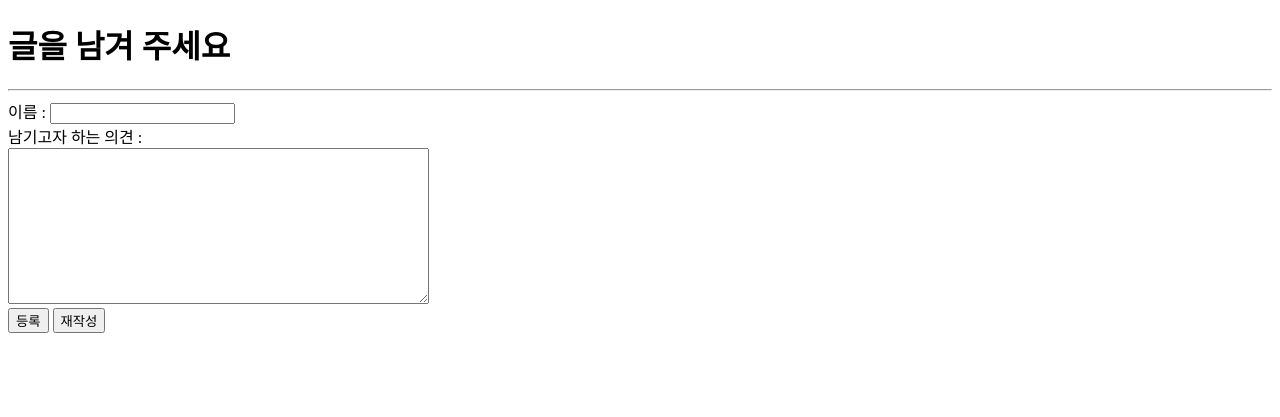
Repository: kdg0109/multicampus_course
Page: web course/workspace_web/edu/WebContent/htmlexam/visitor.html
The author's editor kept a copy of each file at every save. The page is drawn from the files as they stood at one save, then again after the next save.
The browser window is 1280 px wide. The pictures show the whole page.

Above is the page before, as saved 2018-02-05 07:55:08.

### web course/workspace_web/edu/WebContent/htmlexam/visitor.html
<!DOCTYPE html>
<html>
<head>
<meta charset="UTF-8">
<title>JSP&Servler과제</title>
</head>
<body>
	<h1>글을 남겨 주세요</h1>
	<hr>
	<form method="get" action="#">
		이름 : <input type="text" name = "name" required><br/>
		남기고자 하는 의견 : <br><textarea  name="text" rows="10" cols="50"></textarea><br>
      <input type="submit" name="ok" value="등록">
      <input type="reset" name="clear" value="재작성"><br>
	</form>
</body>
</html>

After the next save:
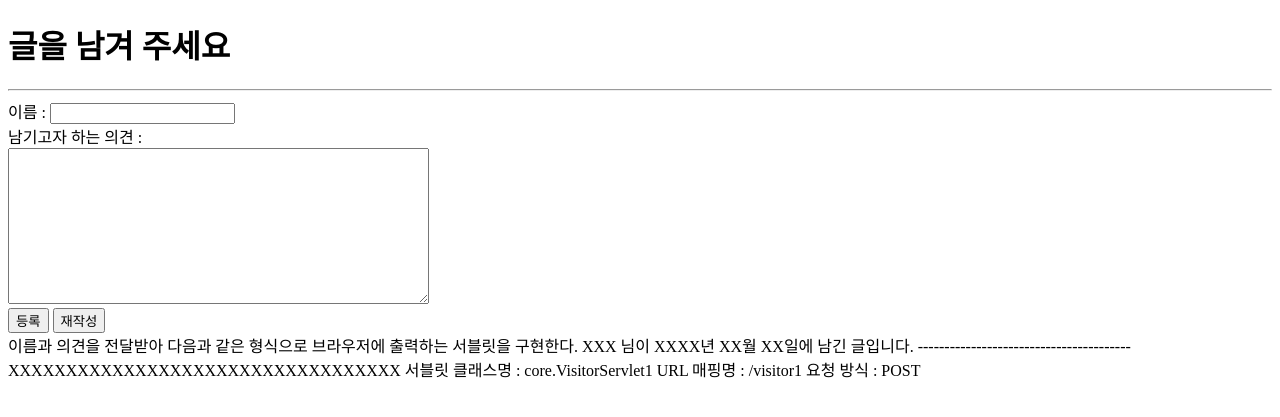
Saved 12 min 9 s later.
--- a/web course/workspace_web/edu/WebContent/htmlexam/visitor.html
+++ b/web course/workspace_web/edu/WebContent/htmlexam/visitor.html
@@ -15,3 +15,15 @@
 	</form>
 </body>
 </html>
+
+이름과 의견을 전달받아 다음과 같은 형식으로 브라우저에 출력하는
+서블릿을 구현한다.
+
+	XXX 님이 XXXX년 XX월 XX일에 남긴 글입니다.
+      ----------------------------------------
+      XXXXXXXXXXXXXXXXXXXXXXXXXXXXXXXXXX
+
+
+서블릿 클래스명 : core.VisitorServlet1
+URL 매핑명 : /visitor1
+요청 방식 : POST

After the save that followed:
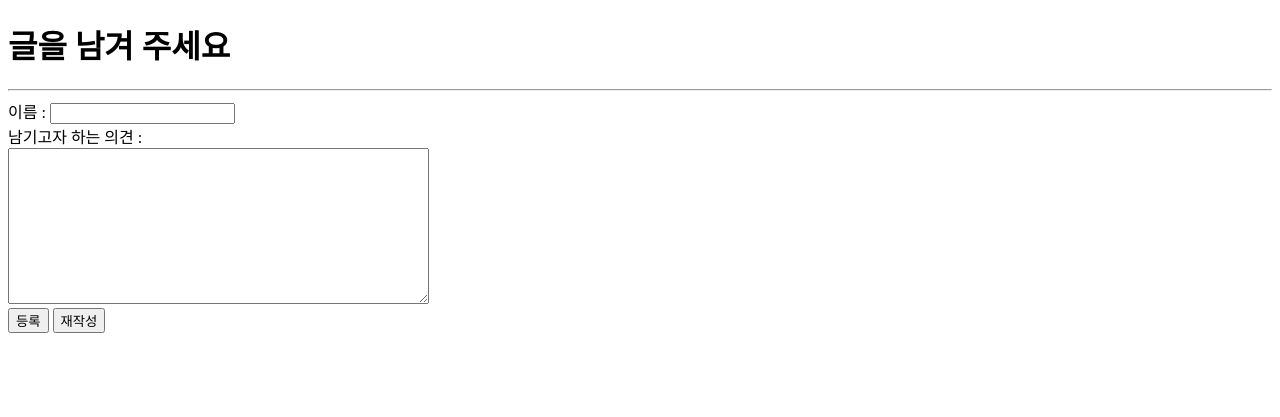
Saved 21 s later.
--- a/web course/workspace_web/edu/WebContent/htmlexam/visitor.html
+++ b/web course/workspace_web/edu/WebContent/htmlexam/visitor.html
@@ -15,15 +15,3 @@
 	</form>
 </body>
 </html>
-
-이름과 의견을 전달받아 다음과 같은 형식으로 브라우저에 출력하는
-서블릿을 구현한다.
-
-	XXX 님이 XXXX년 XX월 XX일에 남긴 글입니다.
-      ----------------------------------------
-      XXXXXXXXXXXXXXXXXXXXXXXXXXXXXXXXXX
-
-
-서블릿 클래스명 : core.VisitorServlet1
-URL 매핑명 : /visitor1
-요청 방식 : POST
